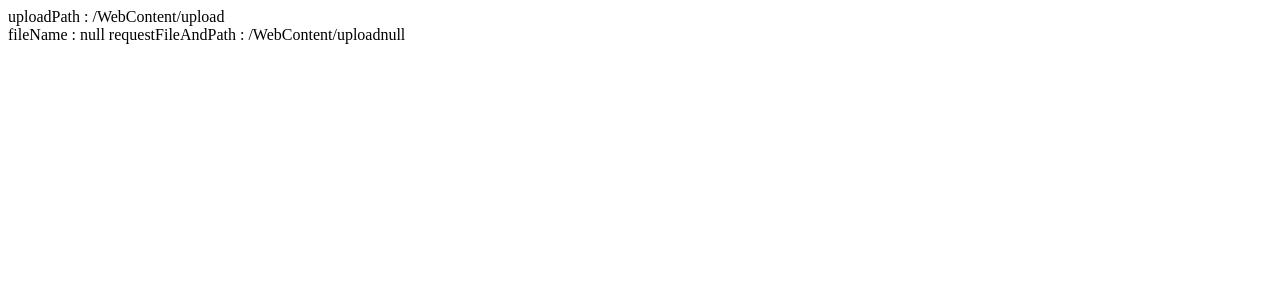
Repository: Shinhan1/shinhan
Page: http://localhost/web_goott/w20200319/fileDownload1.jsp
An editor plug-in stored every save of this project. The page is shown before and after the next save, followed by the edit.
The browser window is 1280 px wide. The pictures show the whole page.
The page is served by Tomcat 9.

Above is the page before, as saved 2020-03-20 01:44:12.

After the next save:
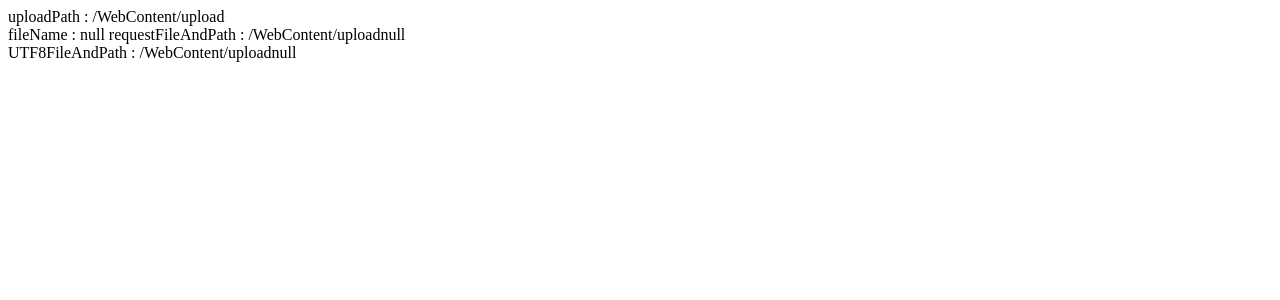
Saved 77 s later.
--- a/web_goott/WebContent/w20200319/fileDownload1.jsp
+++ b/web_goott/WebContent/w20200319/fileDownload1.jsp
@@ -23,6 +23,7 @@
 
 		// 한글로 되어있는 파일 처리
 		String UTF8FileAndPath = new String(requestFileAndPath.getBytes("8859_1"), "UTF-8");
+		out.println("UTF8FileAndPath : " + UTF8FileAndPath + "</br>");
 
 
 
